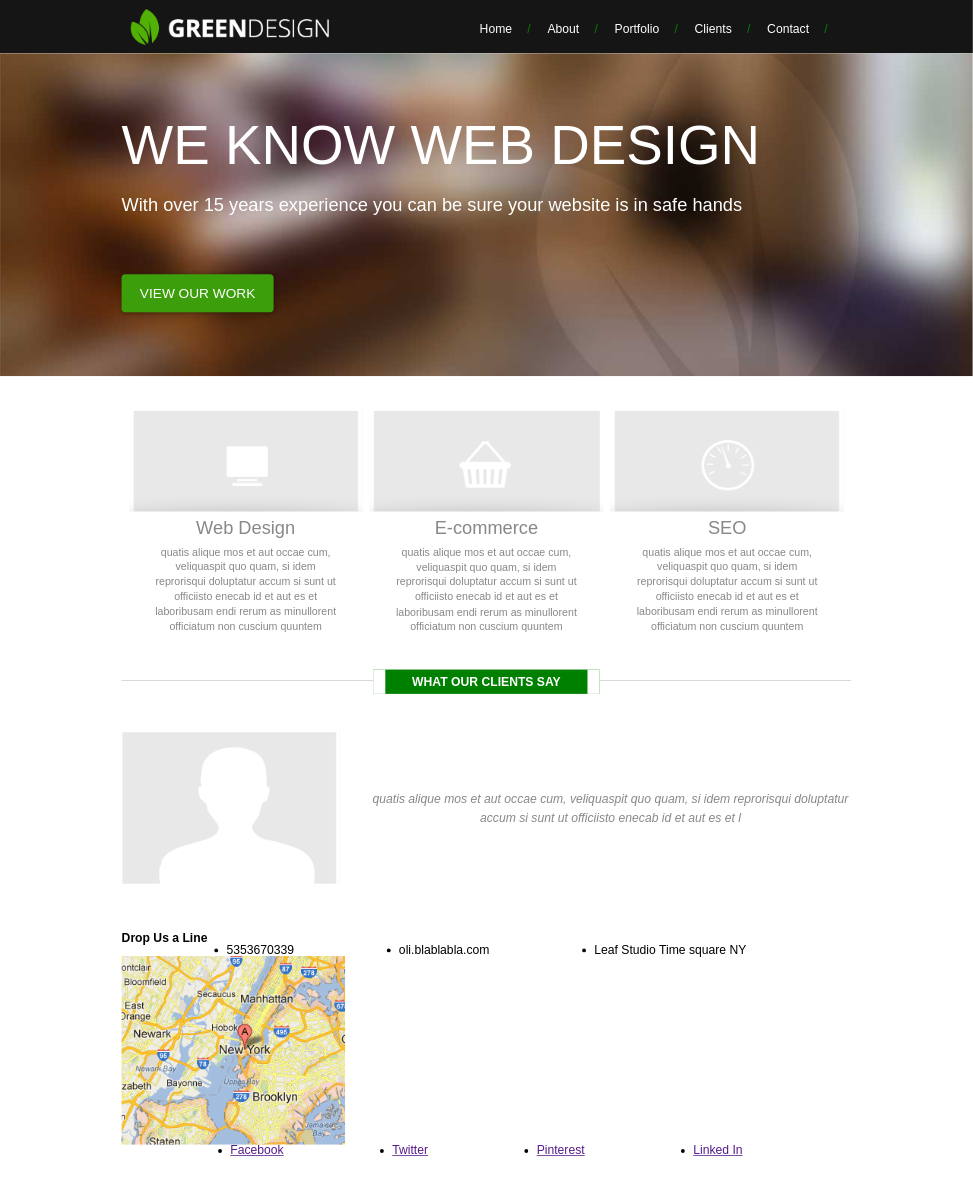
Repository: Piterwk1/psd-to-html
Page: website/index.html
The author's editor kept a copy of each file at every save. The page is drawn from the files as they stood at one save, then again after the next save.
The browser window is 1280 px wide. The pictures show the whole page, at 76% of full size.

Above is the page before, as saved 2021-09-14 21:46:36.

### website/index.html
<html lang="en">

<head>
    <meta charset="UTF-8">
    <meta http-equiv="X-UA-Compatible" content="IE=edge">
    <meta name="viewport" content="width=device-width, initial-scale=1.0">
    <title>Green Design</title>
    <link rel="stylesheet" href="style.css">
</head>

<body>
    <header>
        <div class="wrapper">
            <h1 id="logo">Green Design</h1>
            <nav>
                <h2>Main Navigation</h2>
                <ul>
                    <li><a href="">Home</a><span>/</span></li>
                    <li><a href="">About</a><span>/</span></li>
                    <li><a href="">Portfolio</a><span>/</span></li>
                    <li><a href="">Clients</a><span>/</span></li>
                    <li><a href="">Contact</a><span>/</span></li>
                </ul>
            </nav>
        </div>
    </header>
    <div id="lead-banner">
        <img src="images/Baner.jpg" alt="main banner">
        <div class="banner-overlay">
            <div class="wrapper">
                <div class="banner-title">We know web Design</div>
                <p>With over 15 years experience you can be sure your website is in safe hands</p>
                <a href="">View our work</a>
            </div>
        </div>
    </div>
    <div id="main-content">

        <div class="wrapper">

            <section id="points-of-sale">
                <h2>Point of Sale</h2>
                <ul>
                    <li>
                        <img src="images/cs1.png" alt="Web Design">
                        <h3>Web Design</h3>
                        <p>quatis alique mos et aut occae cum, veliquaspit quo quam, si idem reprorisqui doluptatur
                            accum si
                            sunt ut officiisto enecab id et aut es et laboribusam endi rerum as minullorent officiatum
                            non
                            cuscium quuntem</p>
                    </li>
                    <li>
                        <img src="images/cs2.png" alt="E-commerce">
                        <h3>E-commerce</h3>
                        <p>quatis alique mos et aut occae cum, veliquaspit quo quam, si idem reprorisqui doluptatur
                            accum si
                            sunt ut officiisto enecab id et aut es et laboribusam endi rerum as minullorent officiatum
                            non
                            cuscium quuntem</p>
                    </li>
                    <li>
                        <img src="images/cs3.png" alt="SEO">
                        <h3>SEO</h3>
                        <p>quatis alique mos et aut occae cum, veliquaspit quo quam, si idem reprorisqui doluptatur
                            accum si
                            sunt ut officiisto enecab id et aut es et laboribusam endi rerum as minullorent officiatum
                            non
                            cuscium quuntem</p>
                    </li>
                </ul>
            </section>
            <section id="clients">
                <h2>What Our Clients Say</h2>
                <div class="clients">
                    <img src="images/head.png" alt="head">
                    <!-- <img src="images/quotes.png" alt="quotes"> -->
                    <blockquote>quatis alique mos et aut occae cum, veliquaspit quo quam, si idem reprorisqui doluptatur
                        accum
                        si sunt ut officiisto enecab id et aut es et l</blockquote>
                </div>
            </section>
            <section id="contact">
                <h2>Drop Us a Line</h2>
                <ul id="contact-methods">
                    <li>5353670339</li>
                    <li>oli.blablabla.com</li>
                    <li>
                        <span>Leaf Studio</span>
                        <span>Time square</span>
                        <span>NY</span>
                    </li>
                </ul>
                <img src="images/map.png" alt="map">
                <ul id="social-map">
                    <li class="facebook"><a href="">Facebook</a></li>
                    <li class="twitter"><a href="">Twitter</a></li>
                    <li class="pinterest"><a href="">Pinterest</a></li>
                    <li class="linked-in"><a href="">Linked In</a></li>
                </ul>
            </section>
        </div>
    </div>
</body>

</html>

### website/style.css
html,
body,
div,
span,
object,
iframe,
h1,
h2,
h3,
h4,
h5,
h6,
p,
blockquote,
pre,
abbr,
address,
cite,
code,
del,
dfn,
em,
img,
ins,
kbd,
q,
samp,
small,
strong,
sub,
sup,
var,
b,
i,
dl,
dt,
dd,
ol,
ul,
li,
fieldset,
form,
label,
legend,
table,
caption,
tbody,
tfoot,
thead,
tr,
th,
td,
article,
aside,
canvas,
details,
figcaption,
figure,
footer,
header,
hgroup,
menu,
nav,
section,
summary,
time,
mark,
audio,
video {
  margin: 0;
  padding: 0;
  border: 0;
  outline: 0;
  font-size: 100%;
  vertical-align: baseline;
  background: transparent;
  font-family: arial;
}

body {
  line-height: 1;
}

article,
aside,
details,
figcaption,
figure,
footer,
header,
hgroup,
menu,
nav,
section {
  display: block;
}

nav ul {
  list-style: none;
}

blockquote,
q {
  quotes: none;
}

blockquote:before,
blockquote:after,
q:before,
q:after {
  content: "";
  content: none;
}

a {
  margin: 0;
  padding: 0;
  font-size: 100%;
  vertical-align: baseline;
  background: transparent;
}

/* change colours to suit your needs */
ins {
  background-color: #ff9;
  color: #000;
  text-decoration: none;
}

/* change colours to suit your needs */
mark {
  background-color: #ff9;
  color: #000;
  font-style: italic;
  font-weight: bold;
}

del {
  text-decoration: line-through;
}

abbr[title],
dfn[title] {
  border-bottom: 1px dotted;
  cursor: help;
}

table {
  border-collapse: collapse;
  border-spacing: 0;
}

/* change border colour to suit your needs */
hr {
  display: block;
  height: 1px;
  border: 0;
  border-top: 1px solid #cccccc;
  margin: 1em 0;
  padding: 0;
}

input,
select {
  vertical-align: middle;
}

header div {
  display: flex;
  justify-content: space-between;
  width: 100%;
  max-width: 960px;
  margin: 0 auto;
}

.wrapper {
  width: 100%;
  max-width: 960px;
  margin: 0 auto;
}

header {
  background: #151515;
}

#logo {
  background: url(images/Logo.png) no-repeat;
  height: 70px;
  width: 280px;
  text-indent: -100000px;
}

header nav {
  margin-top: 30px;
  margin-right: 20px;
  width: 50%;
}

header nav h2 {
  height: 0;
  text-indent: -100000px;
}
header nav a {
  color: #fff;
  text-decoration: none;
  font-family: arial;
}

header nav ul {
  display: flex;
  justify-content: space-around;
}

header nav span {
  color: green;
  margin-left: 20px;
}

#lead-banner img {
  width: 100%;
}

#lead-banner {
  max-height: 440px;
  overflow: hidden;
  position: relative;
}

.banner-overlay {
  position: absolute;
  top: 20%;
  width: 100%;
}

.banner-title {
  color: #fff;
  text-transform: uppercase;
  font-size: 72px;
}

#lead-banner p {
  color: #fff;
  font-size: 24px;
  min-width: 600px;
  margin-top: 30px;
}

#lead-banner a {
  color: #fff;
  display: block;
  width: 200px;
  font-size: 18px;
  text-align: center;
  padding: 16px 0;
  text-decoration: none;
  text-transform: uppercase;
  border-radius: 5px;
  margin-top: 80px;
  box-shadow: 1px 1px 6px rgba(0, 0, 0, 0.4);

  /* Permalink - use to edit and share this gradient: https://colorzilla.com/gradient-editor/#3c9e0a+0,3c9e0a+100 */
  background: #3c9e0a; /* Old browsers */
  background: -moz-linear-gradient(
    top,
    #3c9e0a 0%,
    #3c9e0a 100%
  ); /* FF3.6-15 */
  background: -webkit-linear-gradient(
    top,
    #3c9e0a 0%,
    #3c9e0a 100%
  ); /* Chrome10-25,Safari5.1-6 */
  background: linear-gradient(
    to bottom,
    #3c9e0a 0%,
    #3c9e0a 100%
  ); /* W3C, IE10+, FF16+, Chrome26+, Opera12+, Safari7+ */
  filter: progid:DXImageTransform.Microsoft.gradient( startColorstr='#3c9e0a', endColorstr='#3c9e0a',GradientType=0 ); /* IE6-9 */
}

section {
    margin: 40px 0 60px;
}

section#points-of-sale ul {
    list-style: none;
}

#points-of-sale h2 {
    height: 0;
    text-indent: -10000px;
}

section ul {
    display: flex;
    justify-content: space-evenly;
}

#points-of-sale li {
    width: 32%;
}

#points-of-sale li img {
    width: 100%;
}

#points-of-sale li h3 {

    text-align: center;
    color:  #888;
    font-size: 24px;
    font-weight: normal;
    margin: 10px  10px;
}

#points-of-sale p {
    text-align: center;
    width: 80%;
    margin: 0 10%;
    font-size: 14px;
    color: #888;
    line-height: 1.4em;
}

#clients {
    border-top: 1px solid #ccc;
    padding-top: 30px;
}

#clients h2{
background: green;
color: #fff;
padding: 8px;
text-align: center;
width: 250px;
text-transform: uppercase;
position: relative;
top: -45px;
margin: 0 auto;
border-left: 16px solid #fff;
border-right: 16px solid #fff;
}

.clients {
    display: flex;
    justify-content: space-between;
}
.clients img{
    width: 30%;
}

#clients blockquote {
    width: 66%;
    text-align: center;
    font-style: italic;
    line-height: 1.6em;
    color: #888;
    padding-top: 80px;
}

After the next save:
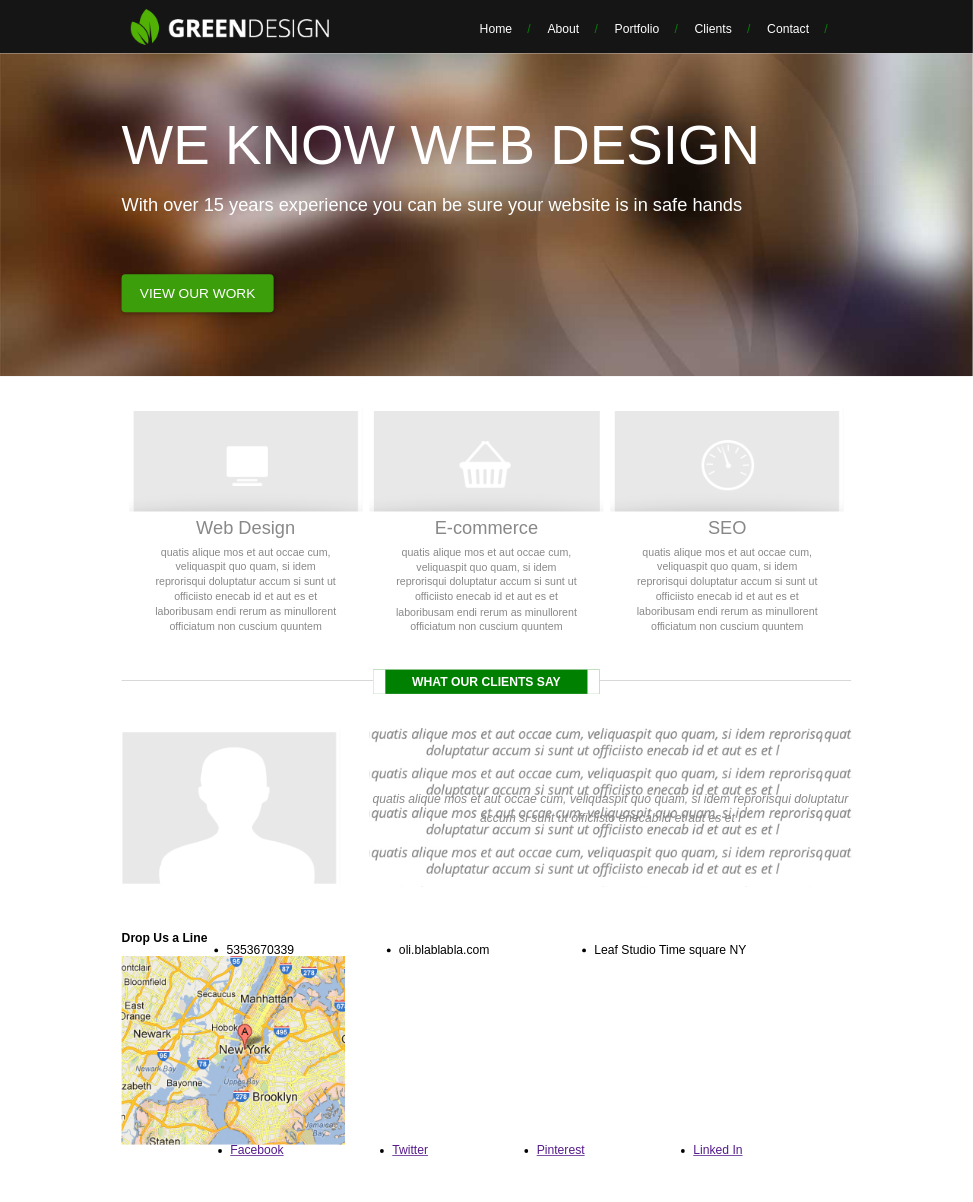
Saved 74 s later.
--- a/website/style.css
+++ b/website/style.css
@@ -356,4 +356,5 @@
     line-height: 1.6em;
     color: #888;
     padding-top: 80px;
-}
+    background: url(images/quote.jpg);
+}

After the save that followed:
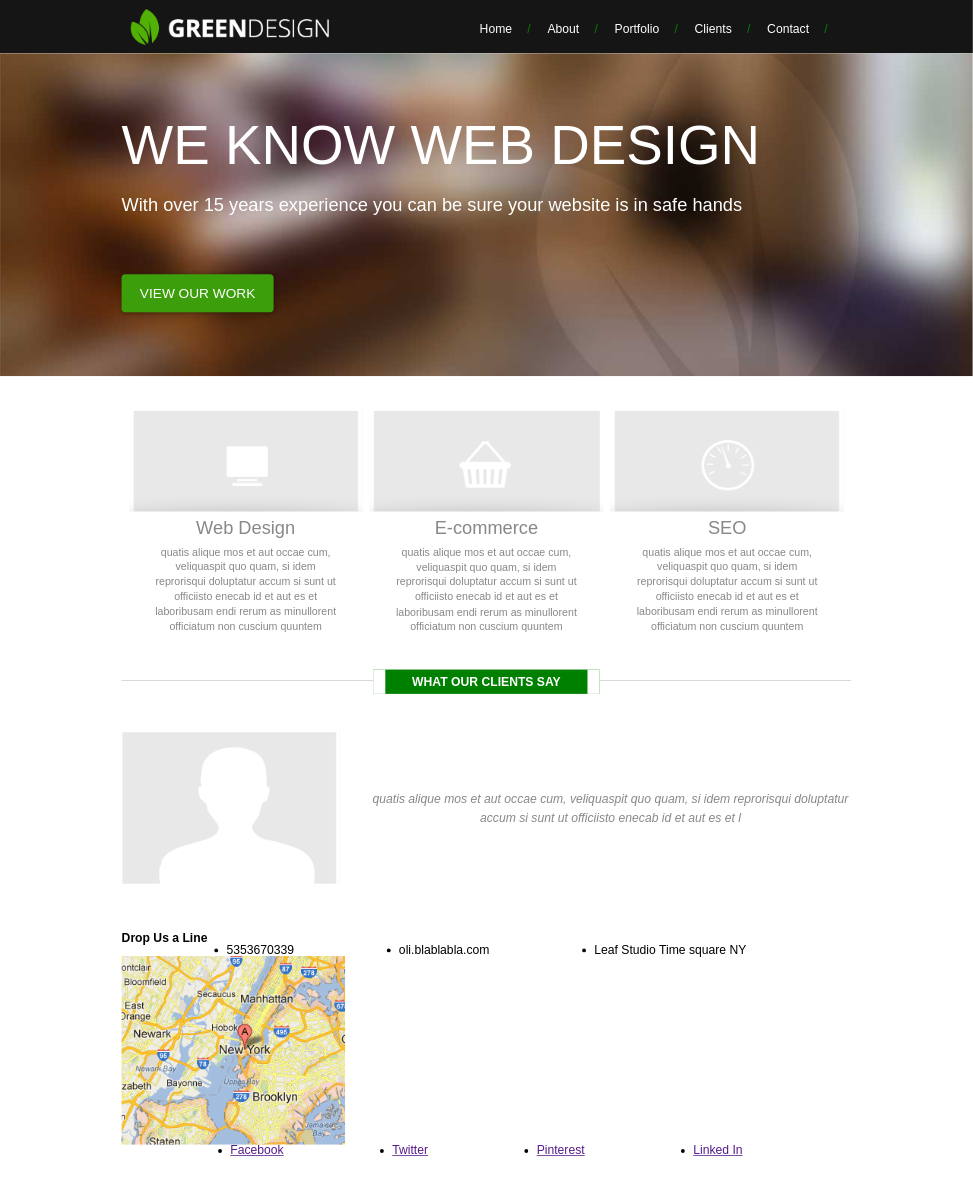
Not found: website/images/quots.jpg
Saved 9 s later.
--- a/website/style.css
+++ b/website/style.css
@@ -356,5 +356,5 @@
     line-height: 1.6em;
     color: #888;
     padding-top: 80px;
-    background: url(images/quote.jpg);
-}
+    background: url(images/quots.jpg);
+}
